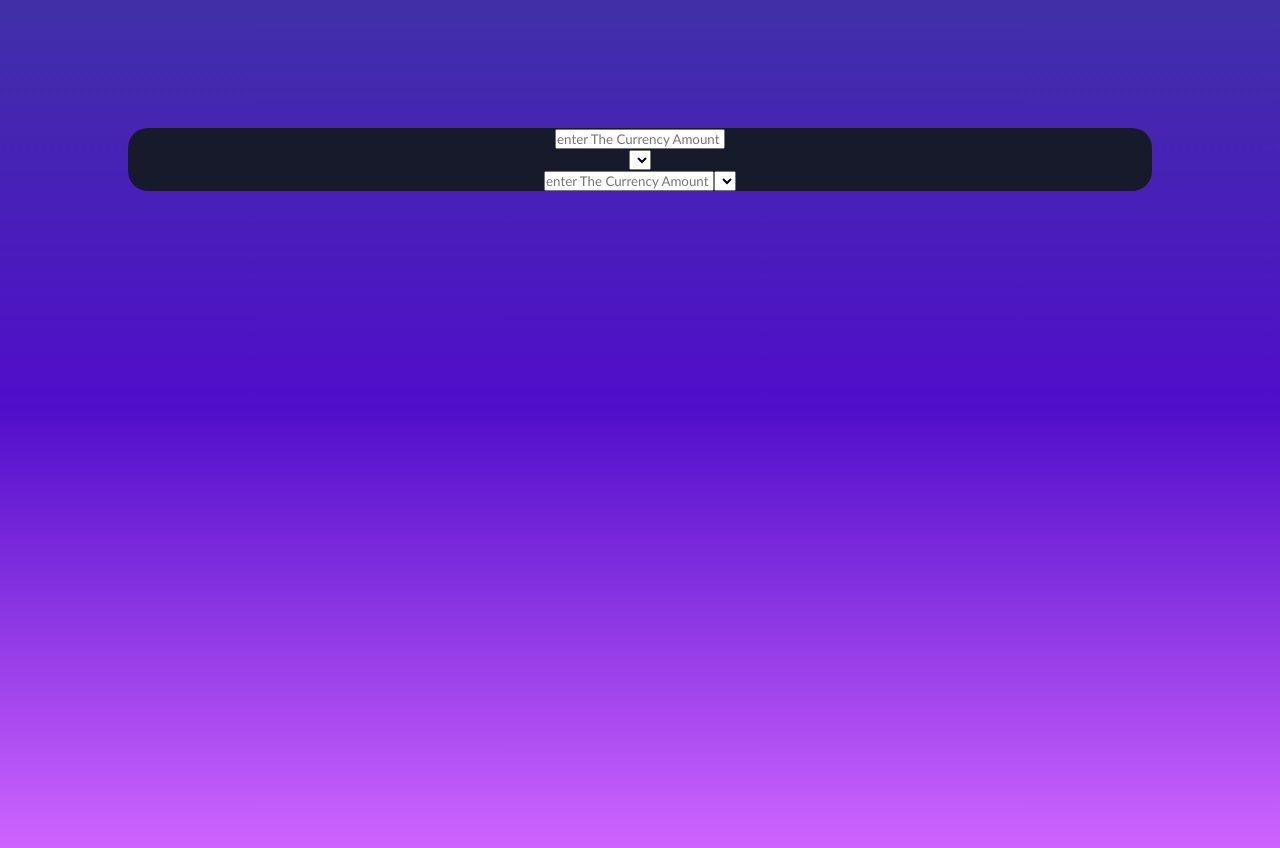
Repository: KamalEssam/currency-converter-react-app
Page: /
These files come from the project's save history. The page is drawn as it stood at one moment and after a run of saves; the edit follows.
The browser window is 1280 px wide. The pictures show the whole page.
The page's requests for data from a server got no answer. The project was rebuilt for these pictures with package versions that can differ from the ones it lists, and the page was loaded fresh each time. No one was signed in, and anything a server would have sent is missing.

Above is the page before, as saved 2021-12-21 16:31:33.

After the next 3 saves:
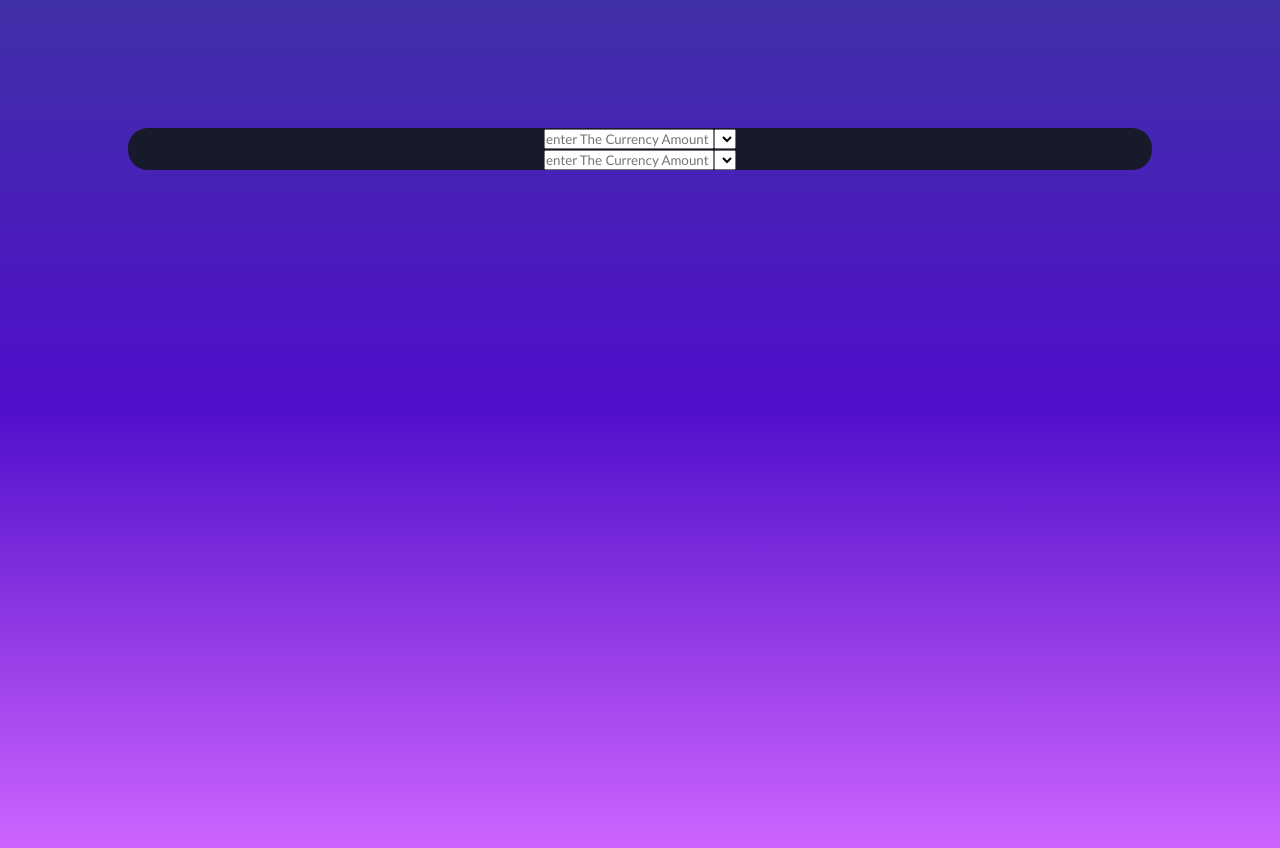
The 3 saves are shown as one change because they came seconds apart.
The last was saved 13 s later.
--- a/src/Components/CurrencyList.js
+++ b/src/Components/CurrencyList.js
@@ -19,8 +19,6 @@ export default function Currency() {
                 <div className='currency-form-group'>
                     <div>
                         <input className='fr-currency' placeholder='enter The Currency Amount' />
-                    </div>
-                    <div className='selection'>
                         <select className='select-fr-currency' >
                             {currenciesList.slice(1).map(currency => {
 
@@ -30,6 +28,9 @@ export default function Currency() {
                             })}
                             {/* <option key={Math.floor(Math.random()*1000000)} value={currency}> currency </option> */}
                         </select>
+                    </div>
+                    <div className='selection'>
+
                     </div>
                 </div>
                 <div className='currency-form-group'>
